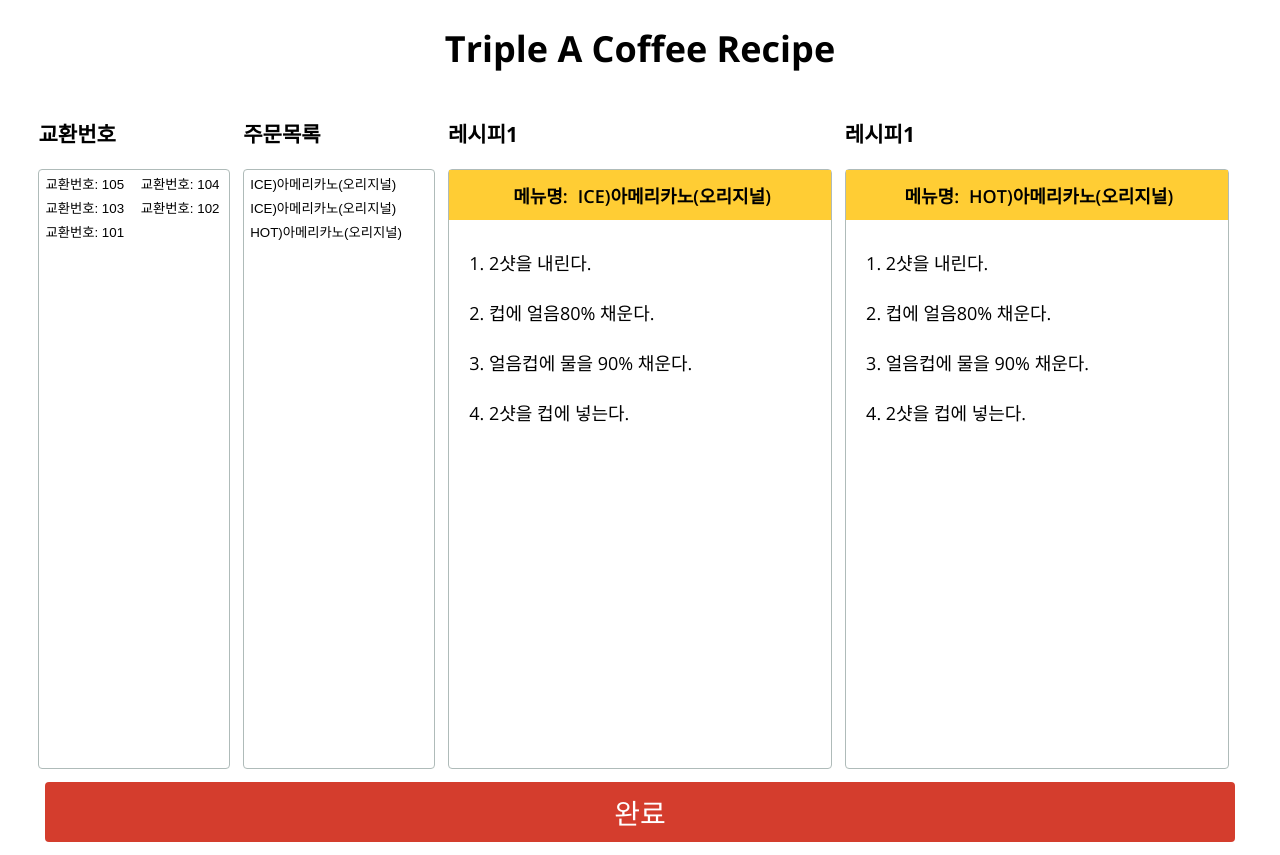
Repository: leebo-ram/tripleacoffee
Page: recipe/recipe.html
These files come from the project's save history. The page is drawn as it stood at one moment and after the next save; the edit follows.
The browser window is 1280 px wide. The pictures show the whole page.
Some web libraries are served in a nearby version.

Above is the page before, as saved 2023-01-07 20:49:59.

### recipe/recipe.html
<!DOCTYPE html>
<html lang="en">

<head>
  <meta charset="UTF-8">
  <meta http-equiv="X-UA-Compatible" content="IE=edge">
  <meta name="viewport" content="width=device-width, initial-scale=1.0">
  <title>recipe(레시피)</title>
  <meta name="description"
    content="tripleacoffee Portfolio for world-renowned software engineer Lee Bo-ram and Byeon Sang-woo">

  <link rel="icon" type="image/png" href="../img/0_logo/logo_h.jpg" />

  <!-- 무료icon 적용하기 -->
  <script src="https://kit.fontawesome.com/24a94e1bce.js" crossorigin="anonymous"></script>


  <!-- 글씨체 적용하기 -->
  <link href="https://fonts.googleapis.com/css2?family=Open+Sans:wght@400;600;700&display=swap" rel="stylesheet">
  <!-- css(font-글씨체) : font-family: 'Open Sans', sans-serif;-->

  <link rel="stylesheet" href="../style2.css">
  <script src="../main.js" defer></script>


</head>

<body>
  <div id="recipe_title">
    <h1>Triple A Coffee Recipe</h1>
  </div>

  <section id="recipe">
    <div class="orderNum_box">
      <h3>교환번호</h3>
      <div class="orderNum">
          <button>교환번호: 105</button>
          <button>교환번호: 104</button>
          <button>교환번호: 103</button>
          <button>교환번호: 102</button>
          <button>교환번호: 101</button>
      </div>
    </div>

    <div class="orderList_box">
      <h3>주문목록</h3>
      <div class="orderList">
          <button>ICE)아메리카노(오리지널)</button>
          <button>ICE)아메리카노(오리지널)</button>
          <button>HOT)아메리카노(오리지널)</button>
      </div>
    </div>

    <div class=" recipe1_box">
      <h3>레시피1</h3>
      <div class="recipe1">
        <div>메뉴명: <span>ICE)아메리카노(오리지널)</span></div>
        <ol>
          <li>2샷을 내린다.</li>
          <li>컵에 얼음80% 채운다.</li>
          <li>얼음컵에 물을 90% 채운다.</li>
          <li>2샷을 컵에 넣는다.</li>
        </ol>
      </div>
    </div>

    <div class="recipe2_box">
      <h3>레시피1</h3>
      <div class="recipe2">
        <div>메뉴명: <span>HOT)아메리카노(오리지널)</span></div>
        <ol>
          <li>2샷을 내린다.</li>
          <li>컵에 얼음80% 채운다.</li>
          <li>얼음컵에 물을 90% 채운다.</li>
          <li>2샷을 컵에 넣는다.</li>
        </ol>
      </div>
    </div>
  </section>

  <div class="cooked">
    <button>
      <p>완료</p>
    </button>
  </div>
</body>

</html>

Loaded but not shown: main.js (131 lines, source omitted); style2.css (1409 lines, source omitted)

After the next save:
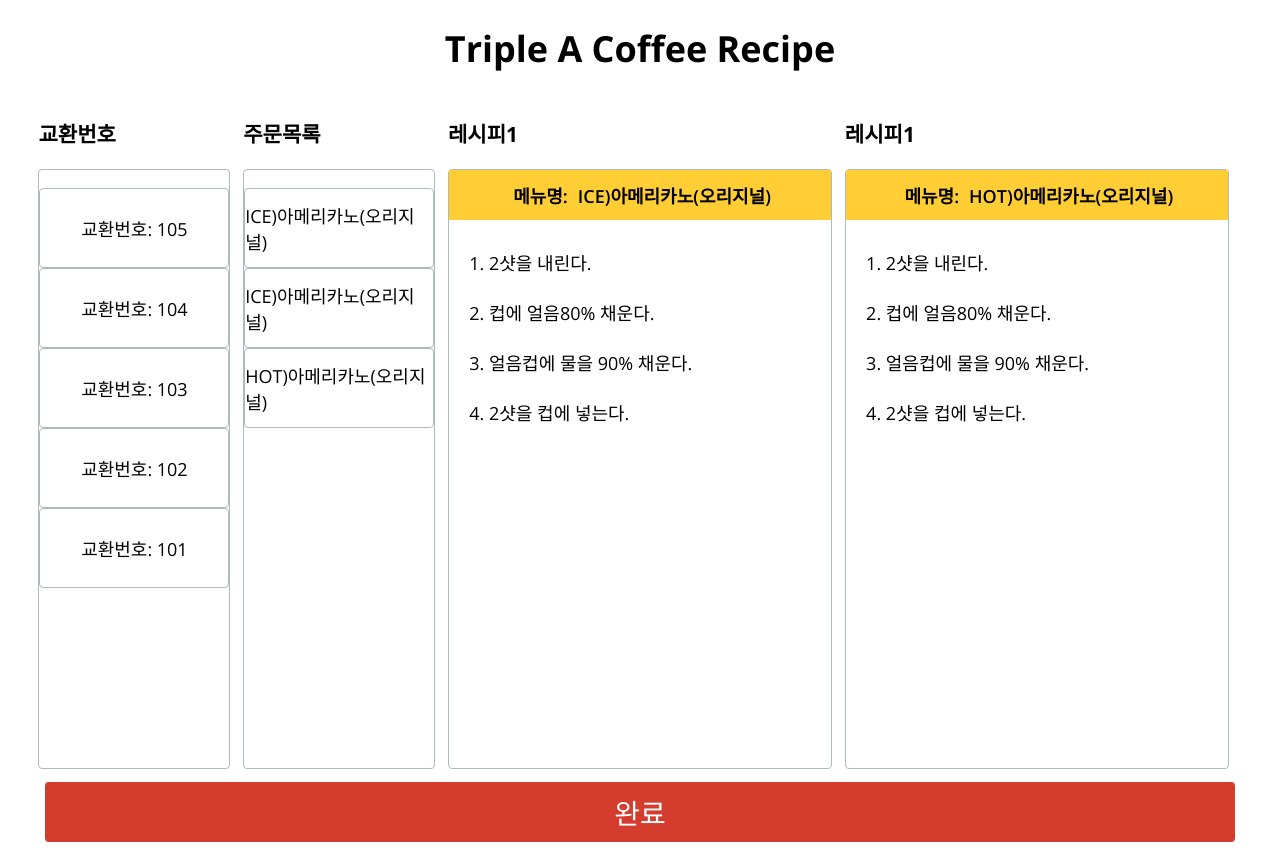
Saved 33 s later.
--- a/recipe/recipe.html
+++ b/recipe/recipe.html
@@ -21,8 +21,6 @@
 
   <link rel="stylesheet" href="../style2.css">
   <script src="../main.js" defer></script>
-
-
 </head>
 
 <body>
@@ -34,20 +32,24 @@
     <div class="orderNum_box">
       <h3>교환번호</h3>
       <div class="orderNum">
-          <button>교환번호: 105</button>
-          <button>교환번호: 104</button>
-          <button>교환번호: 103</button>
-          <button>교환번호: 102</button>
-          <button>교환번호: 101</button>
+        <ul>
+          <li>교환번호: 105</li>
+          <li>교환번호: 104</li>
+          <li>교환번호: 103</li>
+          <li>교환번호: 102</li>
+          <li>교환번호: 101</li>
+        </ul>
       </div>
     </div>
 
     <div class="orderList_box">
       <h3>주문목록</h3>
       <div class="orderList">
-          <button>ICE)아메리카노(오리지널)</button>
-          <button>ICE)아메리카노(오리지널)</button>
-          <button>HOT)아메리카노(오리지널)</button>
+        <ul>
+          <li>ICE)아메리카노(오리지널)</li>
+          <li>ICE)아메리카노(오리지널)</li>
+          <li>HOT)아메리카노(오리지널)</li>
+        </ul>
       </div>
     </div>
 
